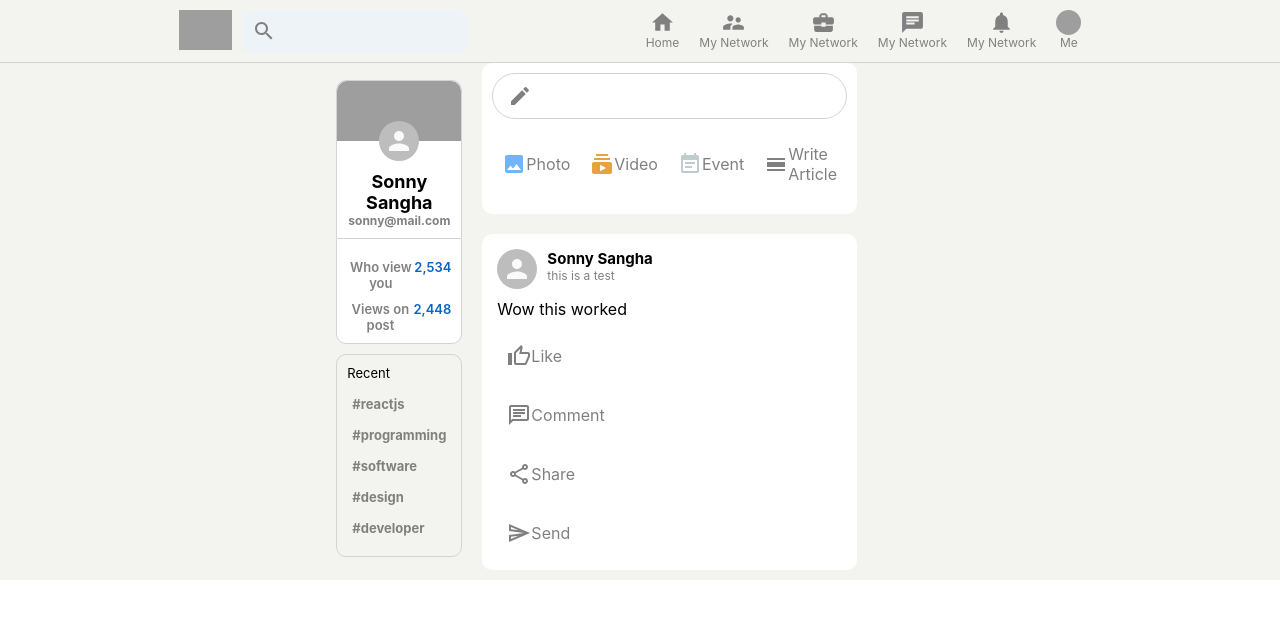
Repository: joaogamarra/linkedin-clone
Page: /
These files come from the project's save history. The page is drawn as it stood at one moment and after the next save; the edit follows.
The browser window is 1280 px wide. The pictures show the whole page.
Pictures or frames that could not be fetched are drawn as grey boxes. The project was rebuilt for these pictures with package versions that can differ from the ones it lists, and the page was loaded fresh each time.

Above is the page before, as saved 2021-02-19 14:38:47.

After the next save:
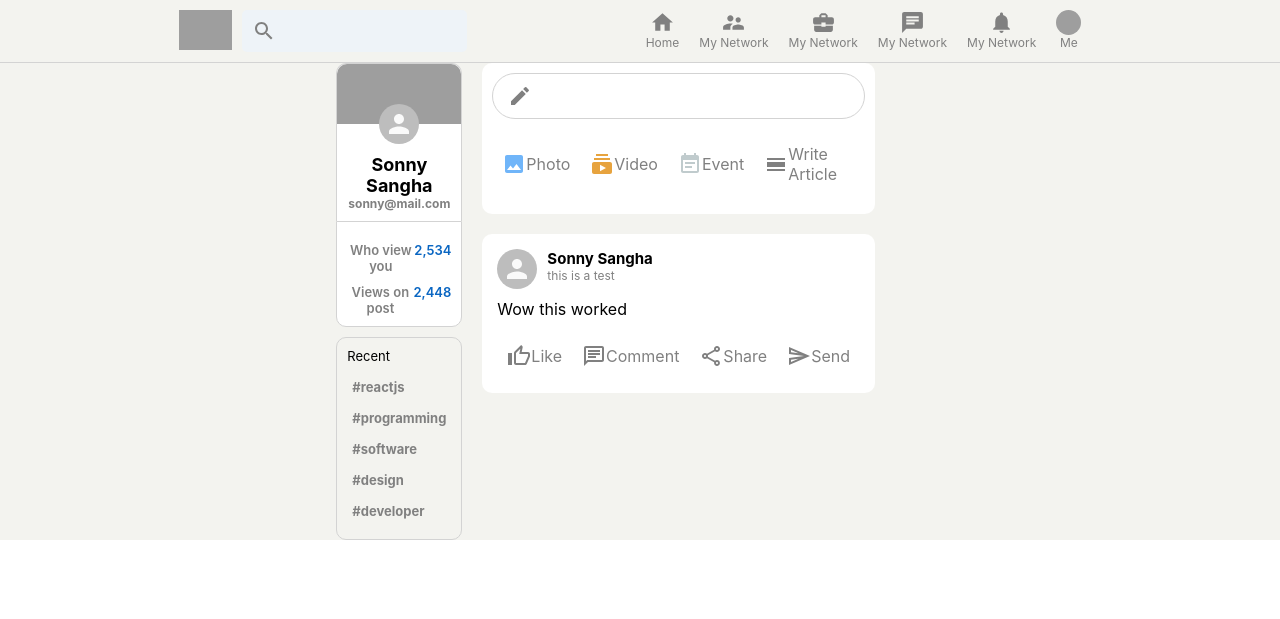
Saved 69 s later.
--- a/src/components/feed/Post.css
+++ b/src/components/feed/Post.css
@@ -26,3 +26,7 @@
 .post__body {
 	overflow-wrap: anywhere;
 }
+
+.post__buttons {
+	display: flex;
+}
